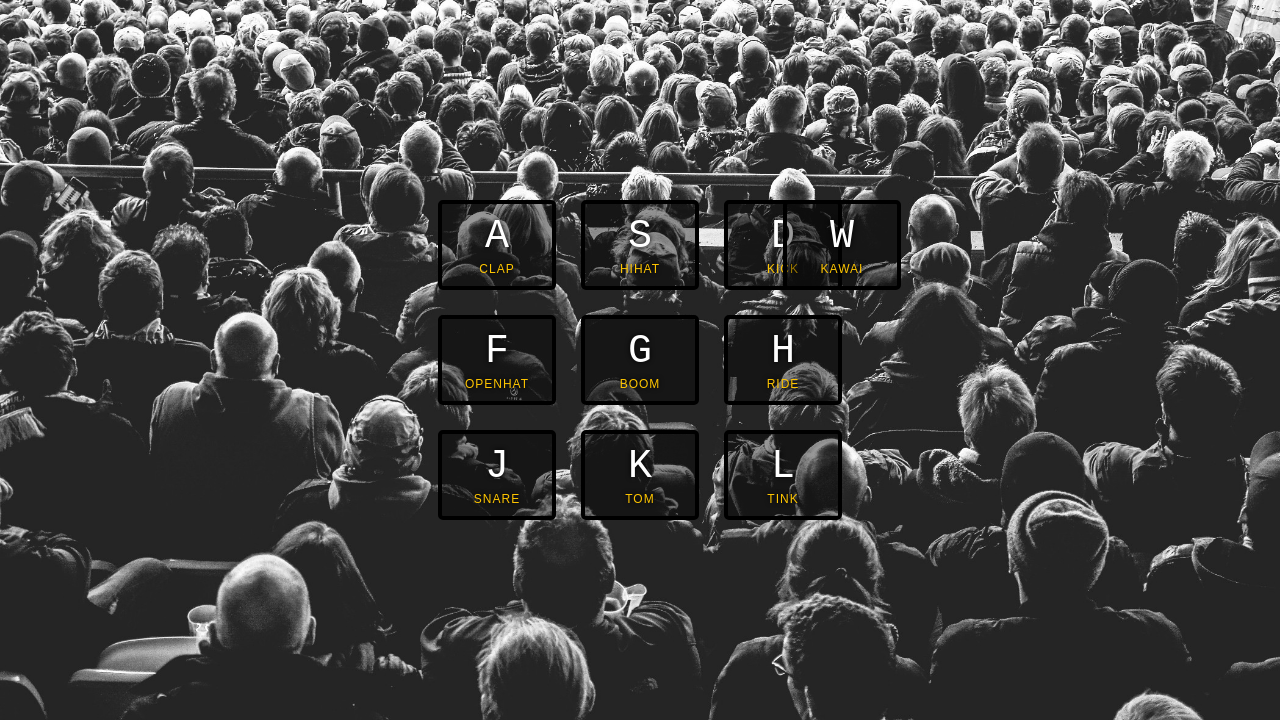
Repository: Freezler/drumkitJS
Page: index-START.html
These files come from the project's save history. The page is drawn as it stood at one moment and after the next save; the edit follows.
The browser window is 1280 px wide. The pictures show the whole page.

Above is the page before, as saved 2024-08-23 00:19:39.

### index-START.html
<!DOCTYPE html>
<html lang="en">

<head>
  <meta charset="UTF-8">
  <title>JS Drum Kit</title>
  <link rel="stylesheet" href="style.css">
  <link rel="icon" href="https://fav.farm/🔥" />
</head>

<body>

  <main>
    <div class="keys">
      <div data-key="65" class="key">
        <kbd>A</kbd>
        <span class="sound">clap</span>
      </div>
      <div data-key="83" class="key">
        <kbd>S</kbd>
        <span class="sound">hihat</span>
      </div>
      <div data-key="68" class="key">
        <kbd>D</kbd>
        <span class="sound">kick</span>
      </div>
      <div data-key="70" class="key">
        <kbd>F</kbd>
        <span class="sound">openhat</span>
      </div>
      <div data-key="71" class="key">
        <kbd>G</kbd>
        <span class="sound">boom</span>
      </div>
      <div data-key="72" class="key">
        <kbd>H</kbd>
        <span class="sound">ride</span>
      </div>
      <div data-key="74" class="key">
        <kbd>J</kbd>
        <span class="sound">snare</span>
      </div>
      <div data-key="75" class="key">
        <kbd>K</kbd>
        <span class="sound">tom</span>
      </div>
      <div data-key="76" class="key">
        <kbd>L</kbd>
        <span class="sound">tink</span>
      </div>
      <div data-key="87" class="key">
        <kbd>W</kbd>
        <span class="sound">kawai</span>
      </div>
    </div>
  </main>

  <audio data-key="65" src="sounds/clap.wav"></audio>
  <audio data-key="83" src="sounds/hihat.wav"></audio>
  <audio data-key="68" src="sounds/kick.wav"></audio>
  <audio data-key="70" src="sounds/openhat.wav"></audio>
  <audio data-key="71" src="sounds/boom.wav"></audio>
  <audio data-key="72" src="sounds/ride.wav"></audio>
  <audio data-key="74" src="sounds/snare.wav"></audio>
  <audio data-key="75" src="sounds/tom.wav"></audio>
  <audio data-key="76" src="sounds/tink.wav"></audio>
  <audio data-key="87" src="sounds/kawai.wav"></audio>


  <script>

    window.addEventListener('keydown', function (e) {
      const audio = document.querySelector(`audio[data-key="${e.keyCode}"]`);
      const key = document.querySelector(`.key[data-key="${e.keyCode}"]`);
      key.classList.add('playing');
      if (!audio) return;
      audio.currentTime = 0;
      audio.play();

      function removeTransition(e) {
        if (e.propertyName !== 'transform') return;
        this.classList.remove('playing');
      }
      const keys = document.querySelectorAll('.key');
      keys.forEach(key => key.addEventListener('transitionend', removeTransition));

    });
  </script>


</body>

</html>

### style.css
html {
  font-size: 10px;
  background: url('./background.jpg') bottom center;
  background-size: cover;
  background-repeat: no-repeat;
  height: 100vh;
}

body,
html {
  margin: 0;
  padding: 0;
  font-family: sans-serif;
}

main {
  width: 100vw;
  height: 100vh;
  display: grid;
  place-items: center;
  grid-template-columns: repeat(3, 1fr);
  grid-template-rows: repeat(3, 1fr);
  grid-template-areas:
    ". . ."
    ". . ."
    ". . .";
}

.keys {

  grid-area: 2 / 2 / 3/ 3;
  display: grid;
  grid-template-columns: repeat(3, 1fr);
  grid-template-rows: repeat(3, 1fr);
  grid-template-areas:
    ". . ."
    ". . ."
    ". . .";
  justify-content: center;
  align-content: center;
  grid-gap: .5rem;
  position: relative;

}

.key {
  border: .4rem solid black;
  border-radius: .5rem;
  margin: 1rem;
  font-size: 1.5rem;
  padding: 1rem .5rem;
  transition: all .07s ease;
  width: 10rem;
  text-align: center;
  color: white;
  background: rgba(0, 0, 0, 0.4);
  text-shadow: 0 0 .5rem black;


}

.key[data-key="87"] {
  position: absolute;
  right: 0;
  transform: translateX(50%);

}

.playing {
  transform: scale(1.1);
  border-color: #ffc600;
  box-shadow: 0 0 1rem #ffc600;
}

kbd {
  display: block;
  font-size: 4rem;
}

.sound {
  font-size: 1.2rem;
  text-transform: uppercase;
  letter-spacing: .1rem;
  color: #ffc600;
}

After the next save:
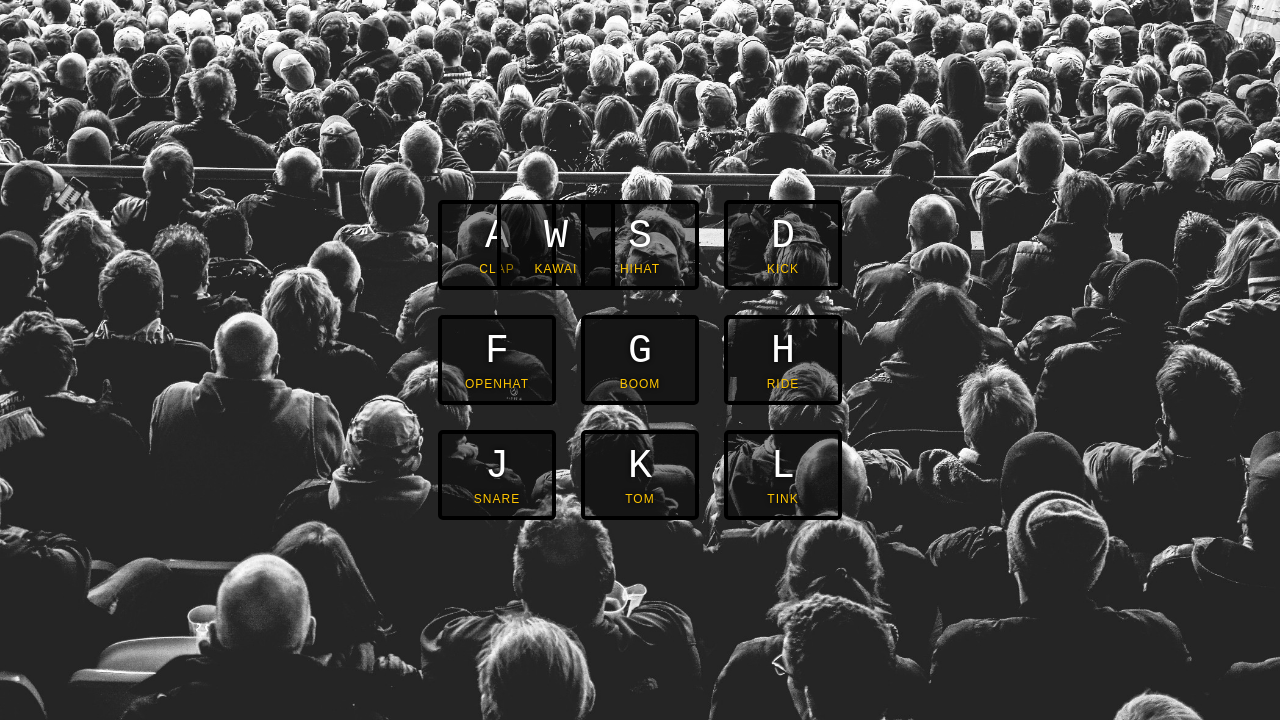
Saved 9 s later.
--- a/style.css
+++ b/style.css
@@ -61,7 +61,7 @@ main {
 
 .key[data-key="87"] {
   position: absolute;
-  right: 0;
+
   transform: translateX(50%);
 
 }
